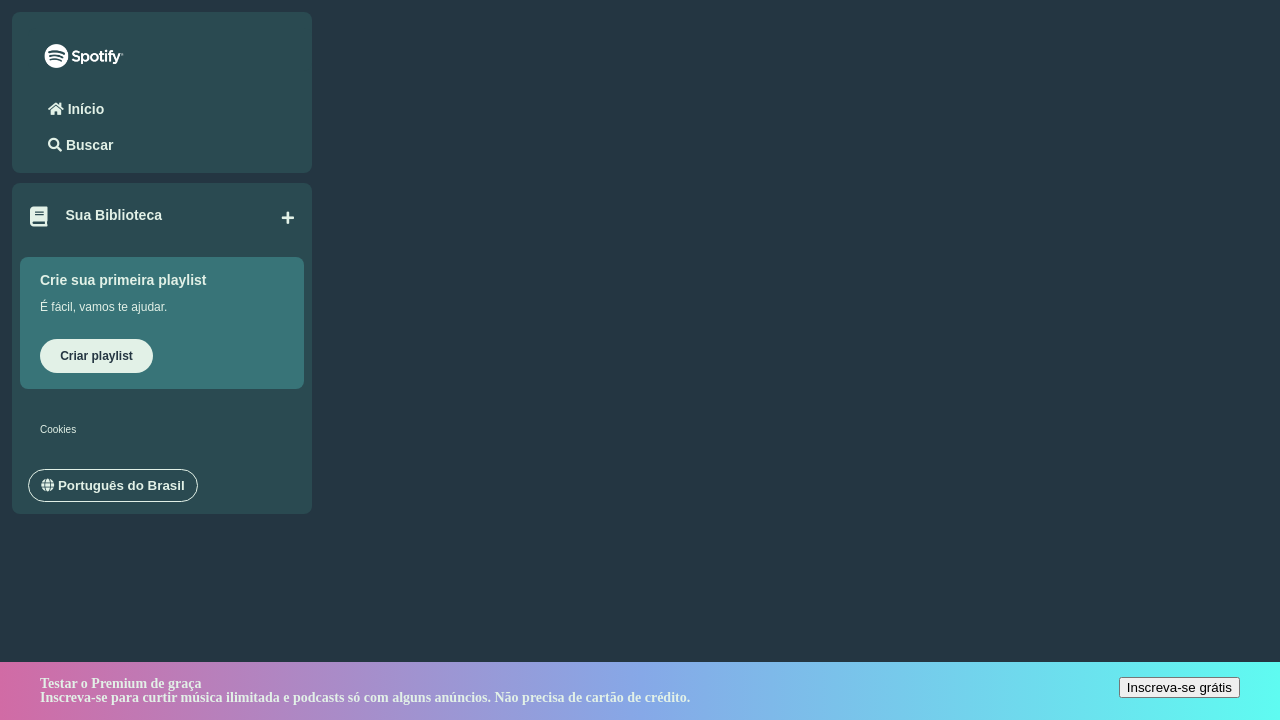
Repository: rafaazevedo-gs/Imers-o-Alura-Front-end
Page: index.html
The author's editor kept a copy of each file at every save. The page is drawn from the files as they stood at one save, then again after the next save.
The browser window is 1280 px wide. The pictures show the whole page.

Above is the page before, as saved 2025-01-30 11:16:55.

After the next save:
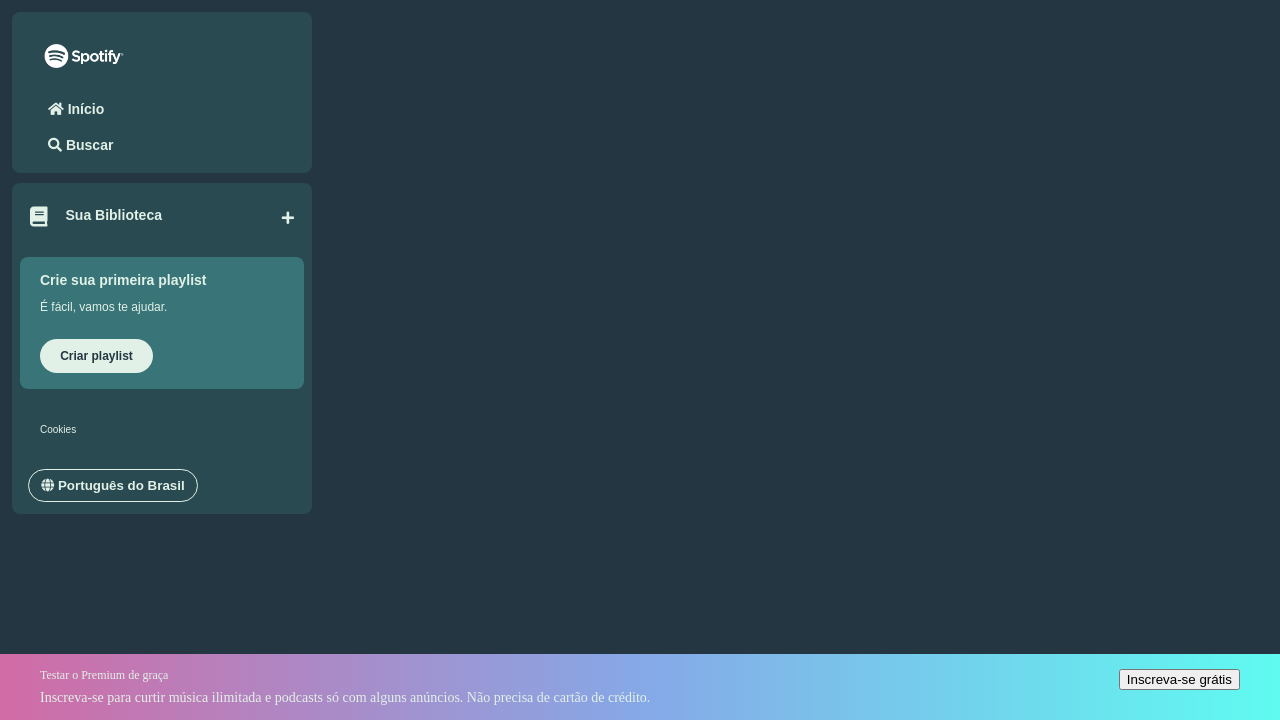
Saved 5 min 49 s later.
--- a/styles.css
+++ b/styles.css
@@ -182,3 +182,21 @@
     display: flex;
     justify-content: space-between;
 }
+
+.disclaimer-premium .tex {
+    flex-shrink: 0;
+    font-family: "DM Sans", sans-serif;
+}
+
+.disclaimer-premium .disclaimer-premium__title {
+    color: #E2F1E7;
+    font-weight: 400;
+    font-size: 12px;
+    margin-bottom: 10px;
+}
+
+.disclaimer-premium .disclaimer-premium__subtitle {
+    color: #E2F1E7;
+    font-weight: 500;
+    font-size: 14px;
+}
